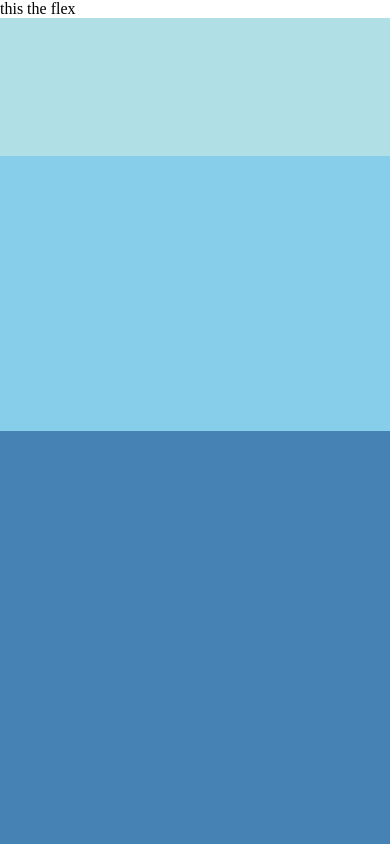
Repository: wcc17/project-adara
Screen: / (app in ProjectAdara/)
These files come from the project's save history. The screen is drawn as it stood at one moment and after the next save; the edit follows.
The app was drawn by React Native's web renderer in a window 390 px wide. The project was rebuilt for these pictures with package versions that can differ from the ones it lists, and the page was loaded fresh each time.

Above is the screen before, as saved 2018-05-27 12:53:53.

### ProjectAdara/App.js
import React, { Component } from 'react';
import { StyleSheet, Text, View, Image } from 'react-native';
import FlexDimensionsBasicsComponent from './src/components/FlexDimensionsBasicsComponent'

export default class App extends React.Component {
    render() {
        return (
            // <BasicStuffComponent/>
            <FlexDimensionsBasicsComponent/>

        );
    }
}

class BasicStuffComponent extends Component {
    render() {
        let image = {
            uri: 'https://upload.wikimedia.org/wikipedia/commons/d/de/Bananavarieties.jpg'
        };

        return (
            <View style={styles.container}>
                <Text>hello</Text>
                <Image source={image} style={{ width: 193, height: 110 }} />
                <DumbGreetingComponent name='William' />
                <DumbGreetingComponent name='William' />
                <DumbGreetingComponent name='William' />
                <DumbGreetingComponent name='William' />
                <DumbGreetingComponent name='hello' />
                <DumbGreetingComponent name='William' />
                <DumbGreetingComponent name='William' />
                <Blink text="this is blinking text" />
                <StyledComponent/>
                <FixedDimensionsComponent/>
            </View>
        )
    }
}

class DumbGreetingComponent extends Component {
    render() {
        return (
            <Text>Hello {this.props.name}!</Text>
        );
    }
}

class Blink extends Component {
    constructor(props) {
        super(props);
        this.state = { isShowingText: true };

        // Toggle the state every second
        setInterval(() => {
            this.setState(previousState => {
                return { isShowingText: !previousState.isShowingText };
            });
        }, 1000);
    }

    render() {
        let display = this.state.isShowingText ? this.props.text : ' ';
        return (
            <Text>{display}</Text>
        );
    }
}

class StyledComponent extends Component {
    render() {
        return (
        <View>
            <Text style={styles.red}>just red</Text>
            <Text style={styles.bigblue}>just bigblue</Text>
            <Text style={[styles.bigblue, styles.red]}>bigblue, then red</Text>
            <Text style={[styles.red, styles.bigblue]}>red, then bigblue</Text>
        </View>
        );
    }
}

class FixedDimensionsComponent extends Component {
    render() {
        return (
            <View>
                <View style={{width: 50, height: 50, backgroundColor: 'powderblue'}}/>
                <View style={{width: 100, height: 100, backgroundColor: 'skyblue'}}/>
                <View style={fixedDimensionStyleSheet.steelBlueView}/>
            </View>
        )
    }
}



const styles = StyleSheet.create({
    container: {
        flex: 1,
        backgroundColor: '#fff',
        alignItems: 'center',
        justifyContent: 'center',
    },
    bigblue: {
        color: 'blue',
        fontWeight: 'bold',
        fontSize: 30,
    },
    red: {
        color: 'red',
    },
});

const fixedDimensionStyleSheet = StyleSheet.create({
    steelBlueView: {
        width: 150,
        height: 150,
        backgroundColor: 'steelblue'
    },
});

### ProjectAdara/src/components/FlexDimensionsBasicsComponent.js
import React, { Component } from 'react';
import { View } from 'react-native';

export default class FlexDimensionsBasicsComponent extends Component {
    render() {
        return (
            // try removing the 'flex: 1' on the parent View.
            // the parent will not have dimensions, so the children can't expand.
            // what if you add 'height: 300' instead of 'flex: 1'?
            <View style={{flex: 1}}>
                this the flex
                <View style={{flex: 1, backgroundColor: 'powderblue'}} />
                <View style={{flex: 2, backgroundColor: 'skyblue'}} />
                <View style={{flex: 3, backgroundColor: 'steelblue'}} />
            </View>
        );
    }
}

After the next save:
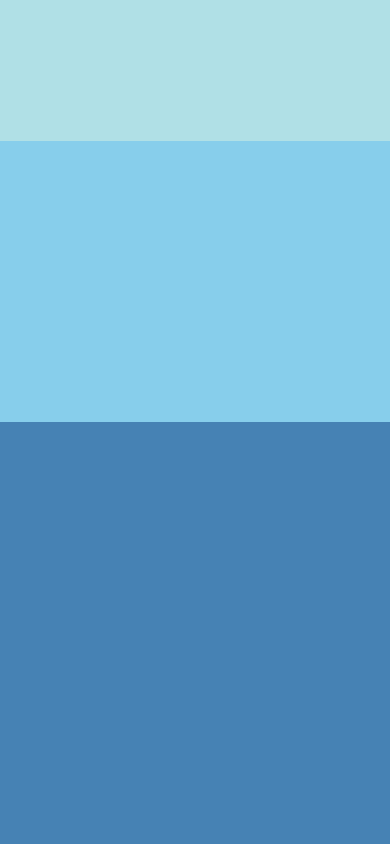
Saved 6 s later.
--- a/ProjectAdara/src/components/FlexDimensionsBasicsComponent.js
+++ b/ProjectAdara/src/components/FlexDimensionsBasicsComponent.js
@@ -8,7 +8,6 @@ export default class FlexDimensionsBasicsComponent extends Component {
             // the parent will not have dimensions, so the children can't expand.
             // what if you add 'height: 300' instead of 'flex: 1'?
             <View style={{flex: 1}}>
-                this the flex
                 <View style={{flex: 1, backgroundColor: 'powderblue'}} />
                 <View style={{flex: 2, backgroundColor: 'skyblue'}} />
                 <View style={{flex: 3, backgroundColor: 'steelblue'}} />
